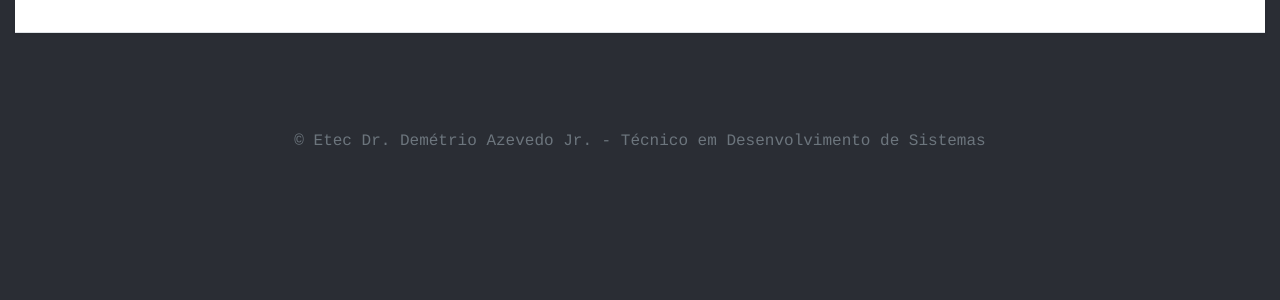
Repository: van051299/aula_20200211_crud
Page: http://localhost/perfil.php
An editor plug-in stored every save of this project. The page is shown before and after the next save, followed by the edit.
The browser window is 1280 px wide. The pictures show the whole page.
The page is run by PHP 8.4 with error messages shown; the project is at /var/www/html/. The session is filled in as if someone had signed in: {"login": "testuser"}. Other server files are loaded and not shown.

Above is the page before, as saved 2019-11-22 15:34:55.
Console error: TypeError: Cannot read properties of undefined (reading 'fn')

### 2511-v2.3/perfil.php
<?php
session_start();

include 'conexao.php';

if(empty($_SESSION["login"])){
	echo "<script>alert('Faça o login primeiramente!')</script>";
	header("Location:login.php");
}
?>

<!DOCTYPE html>
<html lang="pt-br">
	<head>
		<title>Perfil</title>
		<!-- Meta tags Obrigatórias -->
		<meta charset="utf-8" />
		<meta name="viewport" content="width=device-width, initial-scale=1, shrink-to-fit=no">
		<!-- Arquivo CSS Bootstrap -->
		<link rel="stylesheet" href="css/bootstrap.min.css" />
		<!-- Arquivo CSS do projeto -->
		<link rel="stylesheet" href="css/estilo.css" />
    <link rel="stylesheet" type="text/css" href="css/stylesheets.css">
		<!-- CSS interno -->
		<style>
		.container {
			max-width: 950px;

		}
		body {
			background-color: #2A2D34;
            font-family:courier,arial,helvetica;
		}
		</style>
  </head>

  <body>

    <div class="container-fluid">
    <div class="d-flex flex-column flex-md-row align-items-center p-3 px-md-4 mb-3 bg-white border-bottom shadow-sm">
  	</div><!-- fim class container -->
    <footer class="my-5 pt-5 text-muted text-center text-small">
        <p class="mb-1">&copy; Etec Dr. Demétrio Azevedo Jr. - Técnico em Desenvolvimento de Sistemas</p>
      </footer>
	<!-- documentos javascript -->
	<script src="js/bootstrap.min.js"></script>
	<script src="js/jquery.min.js"></script>
	<script src="js/popper.min.js"></script>
  </body>
</html>

### 2511-v2.3/conexao.php
<?php
$servidor = "localhost";
$usuario = "root";
$senha = ""; //minas
$database = "MUSICA";

$conexao = mysqli_connect($servidor, $usuario, $senha, $database);
mysqli_set_charset($conexao, "utf8");

if(!$conexao)
	echo "Falha na conexão do Database!" . mysqli_connect_error();
else
	//echo "Conexão bem-sucedida!";

?>

### 2511-v2.3/css/estilo.css
/* documento CSS */
html,
body {
  height: 100%;
}



.lh-condensed { line-height: 1.25; }

.form-signin {
  width: 100%;
  max-width: 300px;
  padding: 15px;
  margin: auto;
  text-align:center;
}
.form-signin {
  font-weight: 400;
}
.form-signin .form-control {
  position: relative;
  box-sizing: border-box;
  height: auto;
  padding: 10px;
  font-size: 16px;
}
.form-signin .form-control:focus {
  z-index: 2;
}
.form-signin input[type="text"] {
  margin-bottom: -1px;
  border-bottom-right-radius: 0;
  border-bottom-left-radius: 0;
}
.form-signin input[type="password"] {
  margin-bottom: 10px;
  border-top-left-radius: 0;
  border-top-right-radius: 0;
}
.semcadastro {
  padding-top: 30px;
}
.semcadastro p a{
  text-decoration:none;
  font-weight:800;
}

Loaded but not shown: 2511-v2.3/css/bootstrap.min.css (library); 2511-v2.3/js/bootstrap.min.js (library); 2511-v2.3/js/jquery.min.js (library); 2511-v2.3/js/popper.min.js (library); 2511-v2.3/css/stylesheets.css (no stored copy; drawn as an empty file)

After the next save:
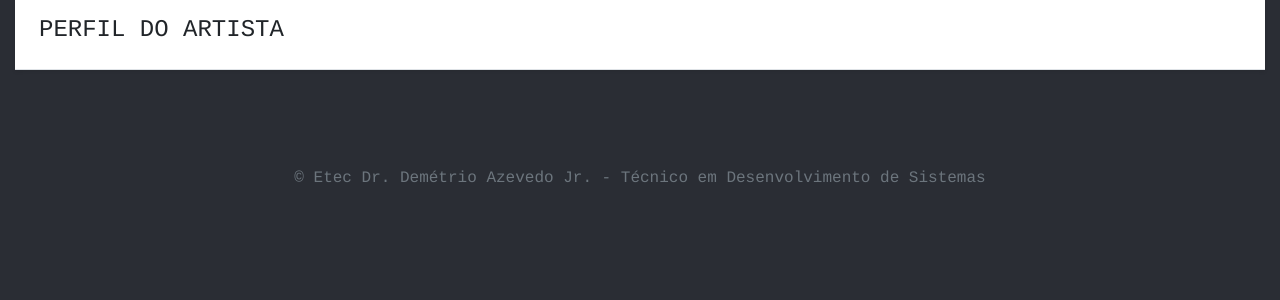
Saved 64 s later.
--- a/2511-v2.3/perfil.php
+++ b/2511-v2.3/perfil.php
@@ -37,7 +37,8 @@ if(empty($_SESSION["login"])){
   <body>
 
     <div class="container-fluid">
-    <div class="d-flex flex-column flex-md-row align-items-center p-3 px-md-4 mb-3 bg-white border-bottom shadow-sm">
+        <div class="d-flex flex-column flex-md-row align-items-center p-3 px-md-4 mb-3 bg-white border-bottom shadow-sm">
+            <h4>PERFIL DO ARTISTA</h4>
   	</div><!-- fim class container -->
     <footer class="my-5 pt-5 text-muted text-center text-small">
         <p class="mb-1">&copy; Etec Dr. Demétrio Azevedo Jr. - Técnico em Desenvolvimento de Sistemas</p>
